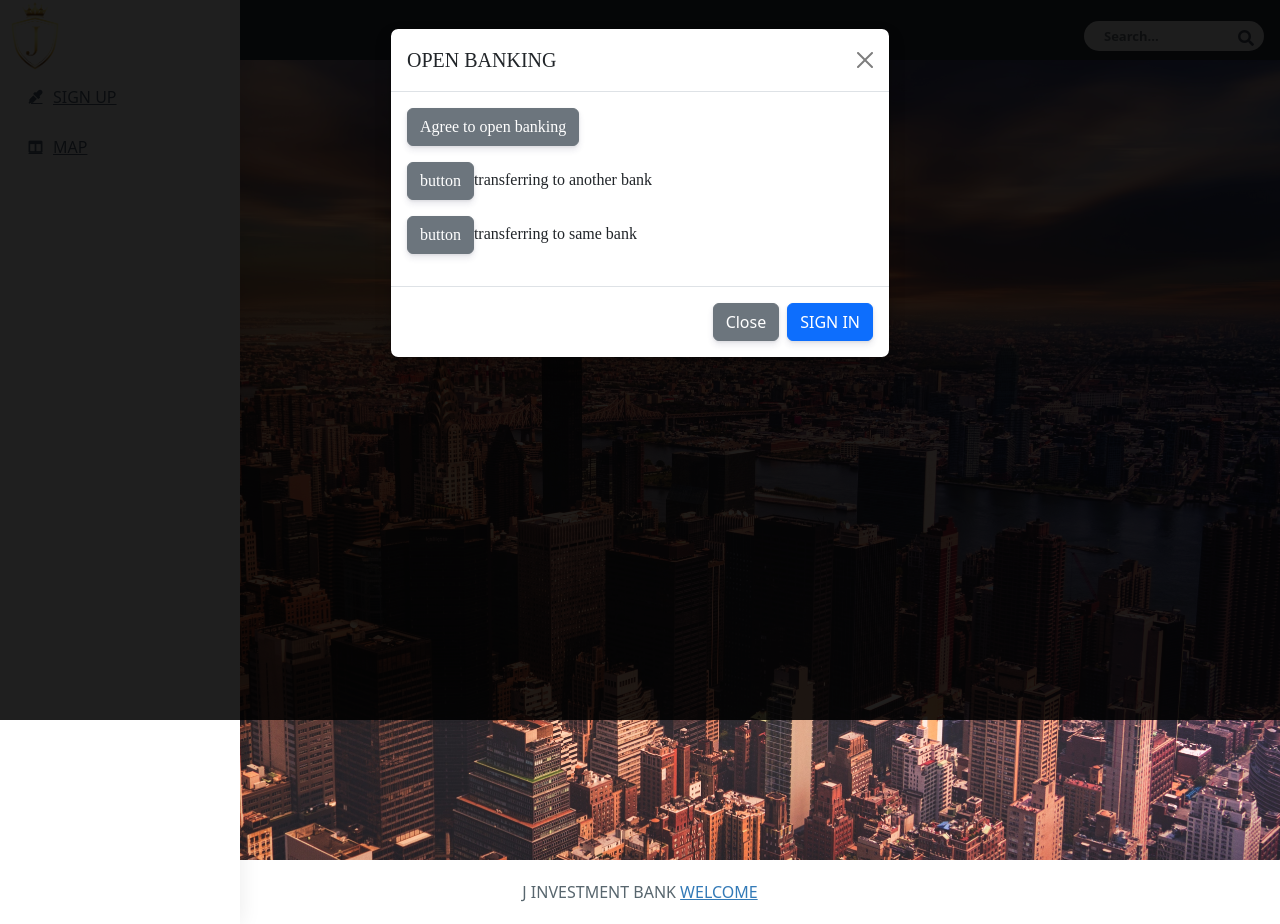
Repository: chopilyeon/HanaOpenBanking
Page: http://localhost/OpenBanking/jsp/bank/openBanking.jsp
These files come from the project's save history. The page is drawn as it stood at one moment and after the next save; the edit follows.
The browser window is 1280 px wide. The pictures show the whole page.
Some web fonts or font styles are not loaded; a fallback is used. The page is served by Tomcat 9.

Above is the page before, as saved 2022-07-16 07:40:56.
Console error: TypeError: Cannot read properties of null (reading 'addEventListener')

After the next save:
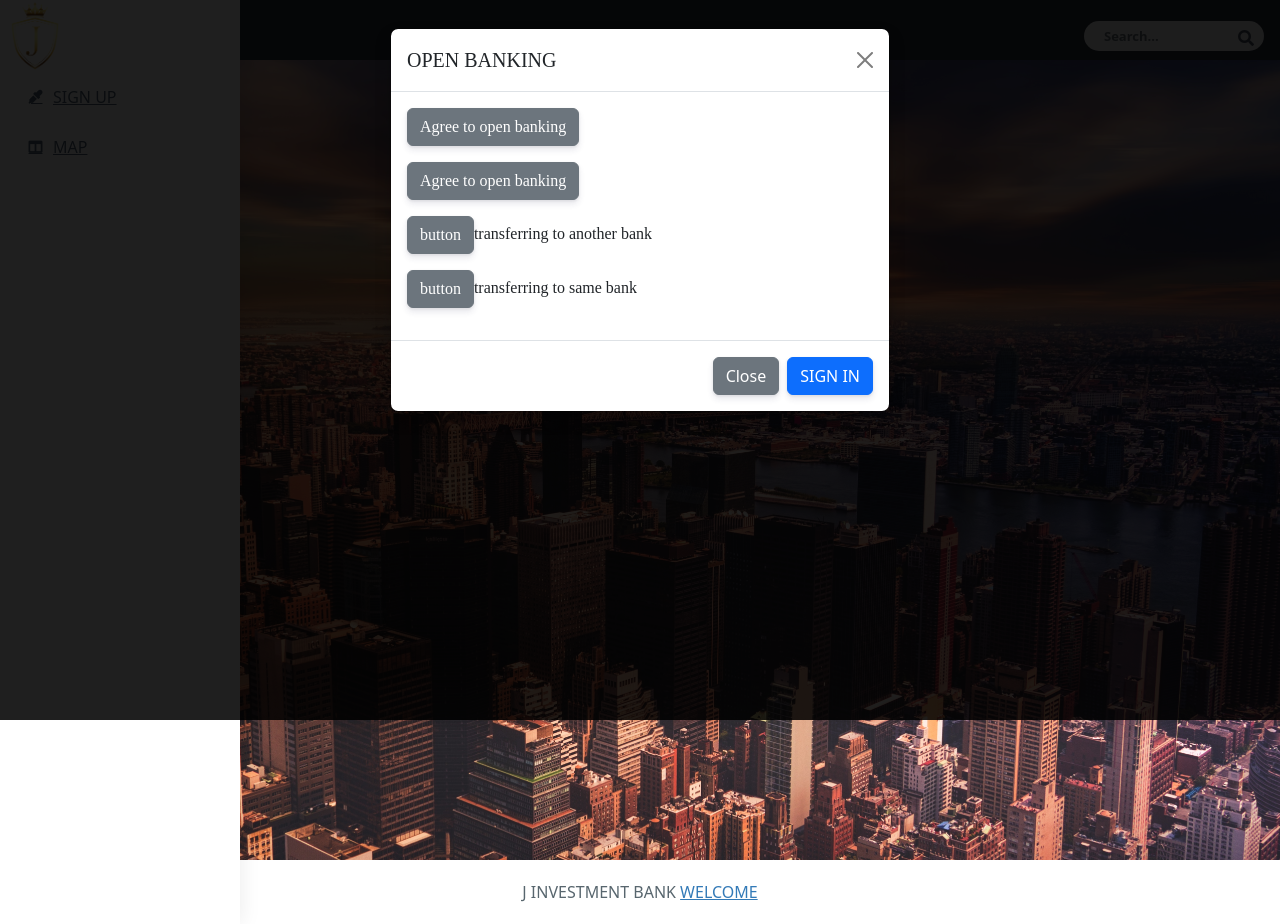
Saved 34 s later.
--- a/OpenBanking/src/main/webapp/jsp/bank/openBanking.jsp
+++ b/OpenBanking/src/main/webapp/jsp/bank/openBanking.jsp
@@ -91,6 +91,7 @@
     </div>
     <div class="modal-body">
 
+    	<p><a href="${pageContext.request.contextPath}/bank/openBank.do" role="button" class="btn btn-secondary" data-bs-toggle="popover" title="Popover title" data-bs-content="Popover body content is set in this attribute.">Agree to open banking</a> </p>
 	 	<p><a href="${pageContext.request.contextPath}/bank/openBank.do" role="button" class="btn btn-secondary" data-bs-toggle="popover" title="Popover title" data-bs-content="Popover body content is set in this attribute.">Agree to open banking</a> </p>
  		<p><a href="${pageContext.request.contextPath}/bank/transferToAnotherBank.do" role="button" class="btn btn-secondary" data-bs-toggle="popover" title="Popover title" data-bs-content="Popover body content is set in this attribute.">button</a>transferring to another bank </p>
  		<p><a href="${pageContext.request.contextPath}/bank/transferToSameBank.do" role="button" class="btn btn-secondary" data-bs-toggle="popover" title="Popover title" data-bs-content="Popover body content is set in this attribute.">button</a>transferring to same bank </p>

After the save that followed:
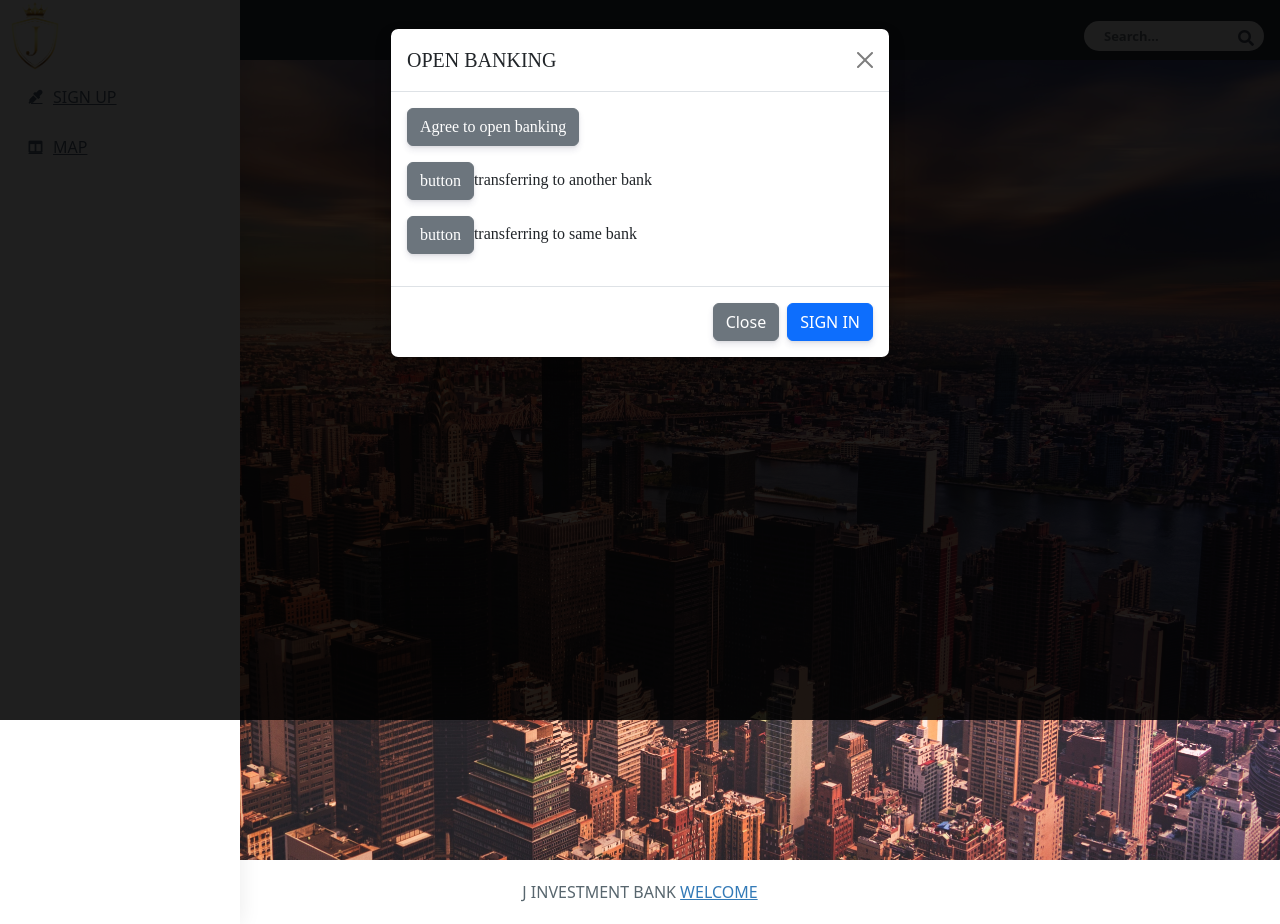
Saved 9 s later.
--- a/OpenBanking/src/main/webapp/jsp/bank/openBanking.jsp
+++ b/OpenBanking/src/main/webapp/jsp/bank/openBanking.jsp
@@ -92,7 +92,6 @@
     <div class="modal-body">
 
     	<p><a href="${pageContext.request.contextPath}/bank/openBank.do" role="button" class="btn btn-secondary" data-bs-toggle="popover" title="Popover title" data-bs-content="Popover body content is set in this attribute.">Agree to open banking</a> </p>
-	 	<p><a href="${pageContext.request.contextPath}/bank/openBank.do" role="button" class="btn btn-secondary" data-bs-toggle="popover" title="Popover title" data-bs-content="Popover body content is set in this attribute.">Agree to open banking</a> </p>
  		<p><a href="${pageContext.request.contextPath}/bank/transferToAnotherBank.do" role="button" class="btn btn-secondary" data-bs-toggle="popover" title="Popover title" data-bs-content="Popover body content is set in this attribute.">button</a>transferring to another bank </p>
  		<p><a href="${pageContext.request.contextPath}/bank/transferToSameBank.do" role="button" class="btn btn-secondary" data-bs-toggle="popover" title="Popover title" data-bs-content="Popover body content is set in this attribute.">button</a>transferring to same bank </p>
 
